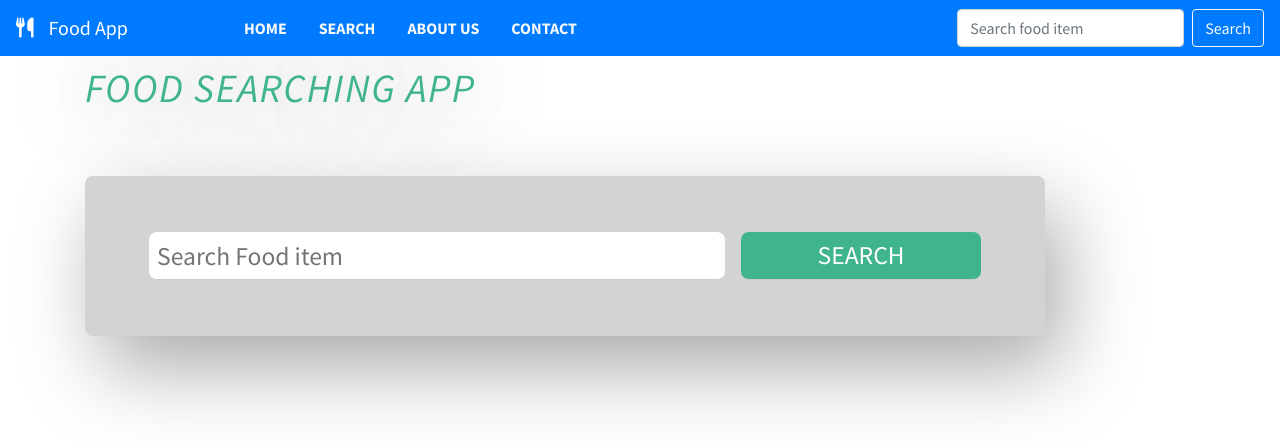
Repository: priyavmehta/React-Food-Recipe-App
Page: /search
The author's editor kept a copy of each file at every save. The page is drawn from the files as they stood at one save, then again after a run of saves.
The browser window is 1280 px wide. The pictures show the whole page.
Some web libraries are served in a nearby version. The project was rebuilt for these pictures with package versions that can differ from the ones it lists, and the page was loaded fresh each time. Also part of the build but not shown: src/Components/Recipe.js, src/Components/Alert.js, src/Components/Home.js, src/Components/RecipeDetails.js.

Above is the page before, as saved 2020-07-14 23:12:14.

### public/index.html
<!DOCTYPE html>
<html lang="en">
  <head>
    <meta charset="utf-8" />
    <link rel="icon" href="%PUBLIC_URL%/favicon.ico" />
    <meta name="viewport" content="width=device-width, initial-scale=1" />
    <meta name="theme-color" content="#000000" />
    <meta
      name="description"
      content="Web site created using create-react-app"
    />
    <link rel="apple-touch-icon" href="%PUBLIC_URL%/logo192.png" />
    <link rel="manifest" href="%PUBLIC_URL%/manifest.json" />

    <script src="https://kit.fontawesome.com/c3f9cf1e2c.js" crossorigin="anonymous"></script>

    <link rel="stylesheet" href="https://stackpath.bootstrapcdn.com/bootstrap/4.3.1/css/bootstrap.min.css" integrity="sha384-ggOyR0iXCbMQv3Xipma34MD+dH/1fQ784/j6cY/iJTQUOhcWr7x9JvoRxT2MZw1T" crossorigin="anonymous">
    <script src="https://code.jquery.com/jquery-3.3.1.slim.min.js" integrity="sha384-q8i/X+965DzO0rT7abK41JStQIAqVgRVzpbzo5smXKp4YfRvH+8abtTE1Pi6jizo" crossorigin="anonymous"></script>
<script src="https://cdnjs.cloudflare.com/ajax/libs/popper.js/1.14.7/umd/popper.min.js" integrity="sha384-UO2eT0CpHqdSJQ6hJty5KVphtPhzWj9WO1clHTMGa3JDZwrnQq4sF86dIHNDz0W1" crossorigin="anonymous"></script>
<script src="https://stackpath.bootstrapcdn.com/bootstrap/4.3.1/js/bootstrap.min.js" integrity="sha384-JjSmVgyd0p3pXB1rRibZUAYoIIy6OrQ6VrjIEaFf/nJGzIxFDsf4x0xIM+B07jRM" crossorigin="anonymous"></script>

    <title>Food App</title>
  </head>
  <body>
    <noscript>You need to enable JavaScript to run this app.</noscript>
    <div id="root"></div>
    <!--
      This HTML file is a template.
      If you open it directly in the browser, you will see an empty page.

      You can add webfonts, meta tags, or analytics to this file.
      The build step will place the bundled scripts into the <body> tag.

      To begin the development, run `npm start` or `yarn start`.
      To create a production bundle, use `npm run build` or `yarn build`.
    -->
  </body>
</html>

### src/App.js
import React from 'react';
import './App.css';
import RecipeState from './context/recipe/RecipeState';
import Search from './Components/Search';
import { BrowserRouter as Router, Switch, Route } from 'react-router-dom'
import Navbar from './Components/Navbar';
import Home from './Components/Home';
import RecipeDetails from './Components/RecipeDetails';

const App = () => {

  return (
    <RecipeState>
      <Router>
        <div className="App">
          <Navbar />
          <div className = "container">
            <Switch>
              <Route exact path = '/' component = {Home} />
              <Route exact path = '/search' component = {Search} />
              <Route exact path = '/recipe/:label' component = {RecipeDetails} />
            </Switch>
          </div>
        </div>
      </Router>
    </RecipeState>
  );
}

export default App;

### src/App.css
@import url("https://fonts.googleapis.com/css?family=Source+Sans+Pro:300,300i,400,400i,600,600i,700&display=swap");

* {
  font-family: "Source Sans Pro", sans-serif;
  margin: 0;
  padding: 0;
  text-decoration: none;
  list-style-type: none;
  outline: none;
}

.App {
  display: flex;
  flex-direction: column;
  align-items: center;
}

h1 {
  letter-spacing: 0.1rem;
  font-style: italic;
  color: #40b48e;
  text-shadow: 0 0.2rem 5rem rgb(119, 115, 115);
  text-transform: uppercase;
  margin: 4rem 0;
}

.search-form {
  width: 60rem;
  height: 10rem;
  display: flex;
  justify-content: center;
  align-items: center;
  background-color: #d3d3d3;
  border-radius: 0.5rem;
  margin-bottom: 5rem;
  box-shadow: 1rem 2rem 5rem #aaa;
  position: relative;
}

.alert {
  /*position: absolute;*/
  top: -3rem;
  left: 0;
  background-color: rgb(233, 72, 72);
  width: calc(100% - 0.4rem);
  border-radius: 0.5rem;
  padding: 0.2rem;
}

.alert h3 {
  font-size: 1.8rem;
  color: #fff;
  font-weight: 400;
  text-transform: uppercase;
  text-align: center;
}

.search-form input {
  font-size: 1.6rem;
  border: none;
  border-bottom: 0.1rem solid #ccc;
  margin: 0 0.5rem;
  border-radius: 0.5rem;
  height: 3rem;
}

.search-form input[type="text"] {
  padding: 0 0.5rem;
  width: 60%;
  color: #555;
}

.search-form input[type="submit"] {
  width: 25%;
  text-transform: uppercase;
  background-color: #40b48e;
  color: #fff;
}

.recipes {
  width: 90%;
  display: flex;
  align-items: center;
  flex-wrap: wrap;
  justify-content: center;
  align-items: flex-start;
}

.recipe {
  width: 30rem;
  margin: 3rem;
  display: flex;
  flex-direction: column;
  background-color: #d3d3d3;
  padding: 2rem;
  position: relative;
  border-radius: 0.5rem;
  box-shadow: 2rem 3rem 5rem #aaa;
}

.recipe h2 {
  background-color: rgba(161, 161, 161, 0.7);
  border-radius: 0.5rem;
  padding: 0.3rem 0.5rem;
  position: absolute;
  top: 2.5rem;
  left: 2.5rem;
  right: 2.5rem;
  font-size: 2.5rem;
  font-weight: 400;
  text-shadow: 0 0.5rem 0.5rem #555;
  color: #fff;
}

.recipe img {
  border-radius: 0.5rem;
  object-fit: cover;
}

.recipe a {
  font-size: 1.8rem;
  color: #40b48e;
}

/* .recipe button {
  font-size: 2rem;
  text-transform: uppercase;
  color: #fff;
  background-color: #40b48e;
  border: none;
  border-radius: 0.5rem;
  height: 3rem;
} */

.ingredient-list {
  margin-top: 1rem;
  background-color: #f0f0f0;
  border-radius: 0.5rem;
  padding: 0.5rem;
}

.ingredient-list li {
  margin: 0.5rem 0;
}

.ingredient-text {
  font-size: 1.5rem;
  color: #888;
}

.ingredient-weight {
  color: #40b48e;
  font-size: 1.3rem;
}

.fas {
  color: white;
}

.navbar-brand{
  color: white;
}

h3 {
  color: white;
}

### src/context/recipe/RecipeState.js
import React, { useReducer } from 'react'
import recipeContext from './recipeContext'
import recipeReducer from './recipeReducer';
import axios from 'axios'
import {SEARCH_RECIPE, SET_ALERT, REMOVE_ALERT, NAVBAR_SEARCH_RECIPE, SET_RECIPE} from '../types'

const RecipeState = (props) => {

    const initialState = {

        navbar_recipes : [],
        alert : "",
        search_recipes : [],
        recipe : {}
    };

    const [state, dispatch] = useReducer(recipeReducer, initialState);

    const YOUR_APP_ID = 'a232e31f';
    const YOUR_APP_KEY = 'd3cfbfb089b421a6f5135d309faa2604';

    const getData = async (text, context) => {
        if (text !== ''){
            const url = `https://api.edamam.com/search?q=${text}&app_id=${YOUR_APP_ID}&app_key=${YOUR_APP_KEY}`
            const data = await axios.get(url);
            if (!data.data.more){
                return (
                    dispatch({type : SET_ALERT, payload : "Such a food item is not available.."}),
                    setTimeout (() => dispatch({ type : REMOVE_ALERT }), 5000)
                )
            }

            if (context === 0){
                dispatch({type: SEARCH_RECIPE, payload: data.data.hits})
                console.log(state.search_recipes)
            } else {
                dispatch({type: NAVBAR_SEARCH_RECIPE, payload: data.data.hits})
                console.log(state.navbar_recipes)
            }

        } else {
            dispatch ({type : SET_ALERT, payload: "Please enter something"})
            setTimeout (() => dispatch({ type : REMOVE_ALERT }), 5000)
        }

    }

    const setRecipe = (recipe_details) => {
        console.log(recipe_details)
        if (recipe_details){
            dispatch({type : SET_RECIPE, payload : recipe_details})
        }
    }

    return <recipeContext.Provider value = {{
            getData,
            navbar_recipes: state.navbar_recipes,
            alert : state.alert,
            search_recipes : state.search_recipes,
            setRecipe,
            recipe : state.recipe
        }
    }
    >
        {props.children}
    </recipeContext.Provider>
}

export default RecipeState

### src/Components/Search.js
import React, {Fragment, useContext, useState} from 'react'
import recipeContext from '../context/recipe/recipeContext'
import Recipe from './Recipe'
import Alert from './Alert'

const Search = () => {

    const [query, setQuery] = useState("")

    const RecipeContext = useContext(recipeContext)
    const {getData, search_recipes, alert} = RecipeContext

    const changeQuery = (event) => setQuery(event.target.value)

    const onSubmitQuery = (event) => {
        event.preventDefault()
        getData(query, 0)
        setQuery("")
    }

    return (
        <Fragment>
            <h1 >Food Searching App</h1>
            { alert !== "" && <Alert/>}
            <form className = "search-form" onSubmit = {onSubmitQuery}>
                <input type="text" placeholder = "Search Food item" autoComplete = "off" onChange = {changeQuery} value = {query} />
                <input type = "submit" value = "Search" />
            </form>
            <div className = "recipes">
                {
                    search_recipes !== [] && (
                        search_recipes.map(recipe => <Recipe recipe = {recipe}/>)
                    )
                }
            </div>
        </Fragment>
    )
}

export default Search

### src/Components/Navbar.js
import React, { useContext, useState } from 'react'
import PropTypes from 'prop-types'
import { Link } from 'react-router-dom'
import recipeContext from '../context/recipe/recipeContext'

const Navbar = ({icon, title}) => {

    const [query, setQuery] = useState("")

    const RecipeContext = useContext(recipeContext)
    const {getData} = RecipeContext

    const changeQuery = (event) => setQuery(event.target.value)

    const onSubmitQuery = (event) => {
        event.preventDefault()
        getData(query)
        setQuery("")
    }

    return (
        <nav className="navbar navbar-expand-md navbar-light bg-primary fixed-top">
            <a href = "#" className="navbar-brand" style = {{ color : "white", marginRight :100 }}><i className="fas fa-utensils" style = {{ marginRight : 15}}></i>Food App</a>
            <button type="button" className="navbar-toggler bg-light" data-toggle="collapse" data-target="#nav">
                <span className="navbar-toggler-icon"></span>
            </button>
             <div className="collapse navbar-collapse justify-content-between" id="nav">
                <ul className="navbar-nav">
                    <li className="nav-item" >
                        <Link className="nav-link text-light font-weight-bold px-3" to = "/">HOME</Link>
                    </li>
                    <li className="nav-item" >
                        <Link className="nav-link text-light font-weight-bold px-3" to = "/search">SEARCH</Link>
                    </li>
                    <li className="nav-item">
                        <Link className="nav-link text-light font-weight-bold px-3" to = "/about">ABOUT US</Link>
                    </li>
                    <li className="nav-item">
                        <Link className="nav-link text-light font-weight-bold px-3" to = "/contact">CONTACT</Link>
                    </li>
                </ul>
                <form className="form-inline" onSubmit = {onSubmitQuery}>
                    <input className="form-control mr-sm-2" type="search" placeholder="Search food item" aria-label="Search" autoComplete = "off" onChange = {changeQuery} value = {query} />
                    <button className="btn btn-outline-light my-2 my-sm-0" type="submit">Search</button>
                </form>
            </div>
        </nav>
    )
}

Navbar.defaultProps = {
    title : "Food App",
    icon : "fab fa-github"
};

Navbar.propTypes = {
    title : PropTypes.string.isRequired,
    icon : PropTypes.string.isRequired
};

export default Navbar

### src/context/recipe/recipeContext.js
import { createContext } from 'react'

const recipeContext = createContext()

export default recipeContext

### src/context/recipe/recipeReducer.js
import {SEARCH_RECIPE, SET_ALERT, REMOVE_ALERT, SET_HOME_PAGE, NAVBAR_SEARCH_RECIPE, SET_RECIPE} from '../types'

export default (state, action) => {
    switch(action.type){
        case SET_HOME_PAGE:
            return{
                ...state,
                recipes : action.payload
            }
        case NAVBAR_SEARCH_RECIPE:
            return{
                ...state,
                navbar_recipes : action.payload,
                alert : ""
            }
        case SET_RECIPE:
            return {
                ...state,
                recipe : action.payload,
                alert : ""
            }
        case REMOVE_ALERT:
            return{
                ...state,
                alert: ""
            }
        case SET_ALERT:
            return{
                ...state,
                alert: action.payload
            }
        case SEARCH_RECIPE:
            return {
                ...state,
                search_recipes : action.payload,
                alert: ""
            }
        default:
            return state
    }
}

### src/context/types.js
export const SEARCH_RECIPE = "SEARCH_RECIPE";
export const CHANGE_QUERY = "CHANGE_QUERY";
export const SET_ALERT = "SET_ALERT";
export const REMOVE_ALERT = "REMOVE_ALERT";
export const SET_HOME_PAGE = "SET_HOME_PAGE";
export const NAVBAR_SEARCH_RECIPE = "NAVBAR_SEARCH_RECIPE";
export const SET_RECIPE = "SET_RECIPE";
export const SHOW_SEARCH = "SHOW_SEARCH";

Loaded but not shown: src/index.js (common file); src/index.css (common file); src/serviceWorker.js (common file)

After the next 3 saves:
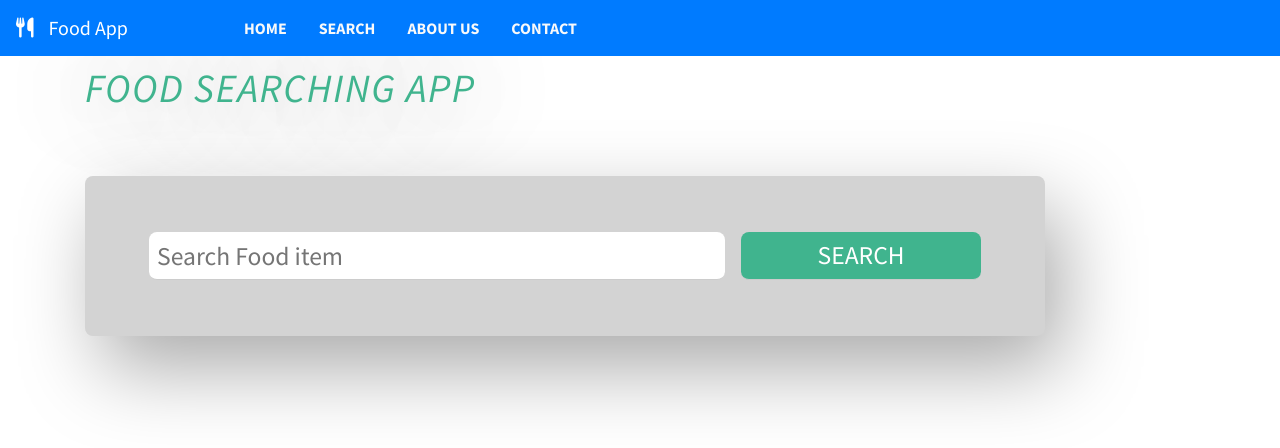
The 3 saves are shown as one change because 2 did not build or start.
The last was saved 2 min 36 s later.
--- a/src/context/recipe/RecipeState.js
+++ b/src/context/recipe/RecipeState.js
@@ -11,7 +11,8 @@ const RecipeState = (props) => {
         navbar_recipes : [],
         alert : "",
         search_recipes : [],
-        recipe : {}
+        recipe : {},
+        show_search : true
     };
 
     const [state, dispatch] = useReducer(recipeReducer, initialState);
--- a/src/Components/Navbar.js
+++ b/src/Components/Navbar.js
@@ -8,7 +8,7 @@
     const [query, setQuery] = useState("")
 
     const RecipeContext = useContext(recipeContext)
-    const {getData} = RecipeContext
+    const {getData, show_search} = RecipeContext
 
     const changeQuery = (event) => setQuery(event.target.value)
 
@@ -39,10 +39,12 @@
                         <Link className="nav-link text-light font-weight-bold px-3" to = "/contact">CONTACT</Link>
                     </li>
                 </ul>
-                <form className="form-inline" onSubmit = {onSubmitQuery}>
-                    <input className="form-control mr-sm-2" type="search" placeholder="Search food item" aria-label="Search" autoComplete = "off" onChange = {changeQuery} value = {query} />
-                    <button className="btn btn-outline-light my-2 my-sm-0" type="submit">Search</button>
-                </form>
+                { show_search &&
+                    <form className="form-inline" onSubmit = {onSubmitQuery}>
+                        <input className="form-control mr-sm-2" type="search" placeholder="Search food item" aria-label="Search" autoComplete = "off" onChange = {changeQuery} value = {query} />
+                        <button className="btn btn-outline-light my-2 my-sm-0" type="submit">Search</button>
+                    </form>
+                }
             </div>
         </nav>
     )

After the save that followed:
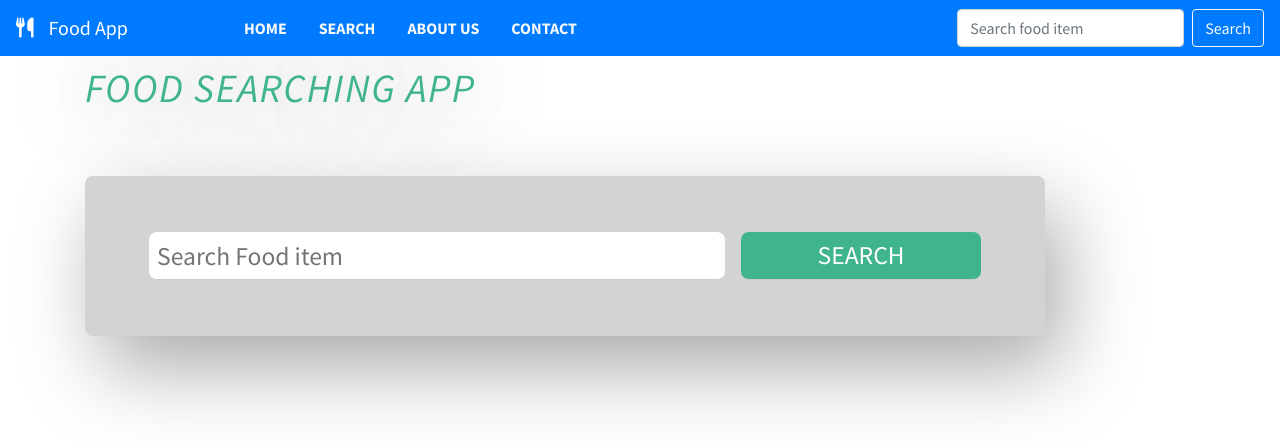
Saved 39 s later.
--- a/src/Components/Navbar.js
+++ b/src/Components/Navbar.js
@@ -39,12 +39,12 @@
                         <Link className="nav-link text-light font-weight-bold px-3" to = "/contact">CONTACT</Link>
                     </li>
                 </ul>
-                { show_search &&
+
                     <form className="form-inline" onSubmit = {onSubmitQuery}>
                         <input className="form-control mr-sm-2" type="search" placeholder="Search food item" aria-label="Search" autoComplete = "off" onChange = {changeQuery} value = {query} />
                         <button className="btn btn-outline-light my-2 my-sm-0" type="submit">Search</button>
                     </form>
-                }
+
             </div>
         </nav>
     )
